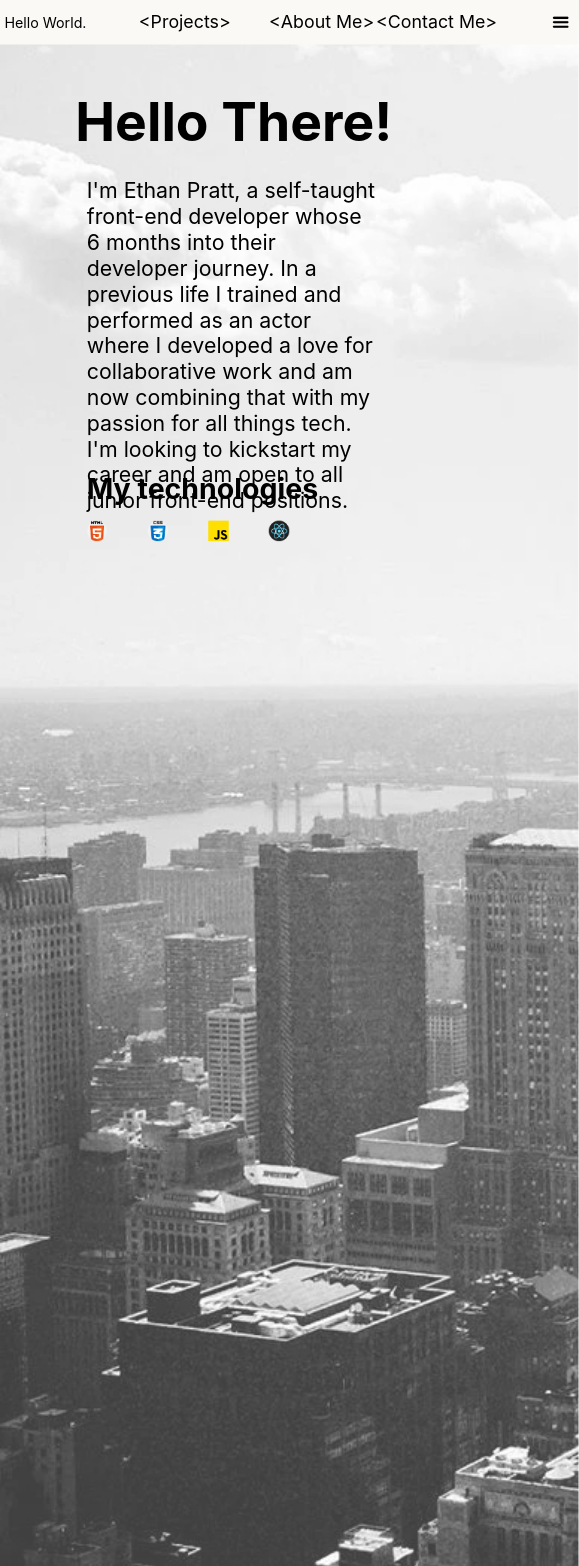
Repository: ghend99/website_ethan_pratt
Page: /about
An editor plug-in stored every save of this project. The page is shown before and after the next save, followed by the edit.
The browser window is 375 px wide. The page is 650 px wide, so the pictures cover 650 px, including what lies to the right of the window. The pictures show the whole page, at 89% of full size.
The project was rebuilt for these pictures with package versions that can differ from the ones it lists, and the page was loaded fresh each time. Also part of the build but not shown: src/pages/home.js, src/pages/project.js, src/css/contact.css, src/pages/contact.js.

Above is the page before, as saved 2023-04-02 14:50:41.

After the next save:
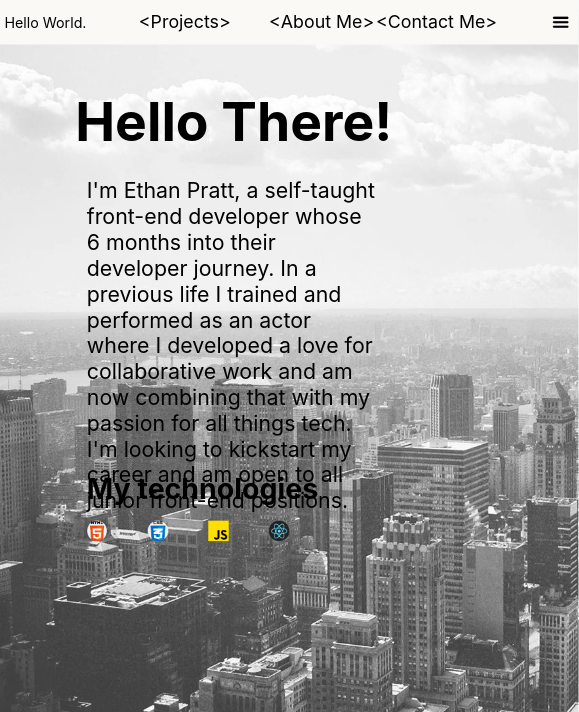
Saved 10 s later.
--- a/src/css/header.css
+++ b/src/css/header.css
@@ -167,6 +167,6 @@
 
 @media screen and (min-width: 0) and (max-width: 554px) {
   .bg {
-    height: 100vh;
+    min-height: 100vh;
   }
 }

After the save that followed:
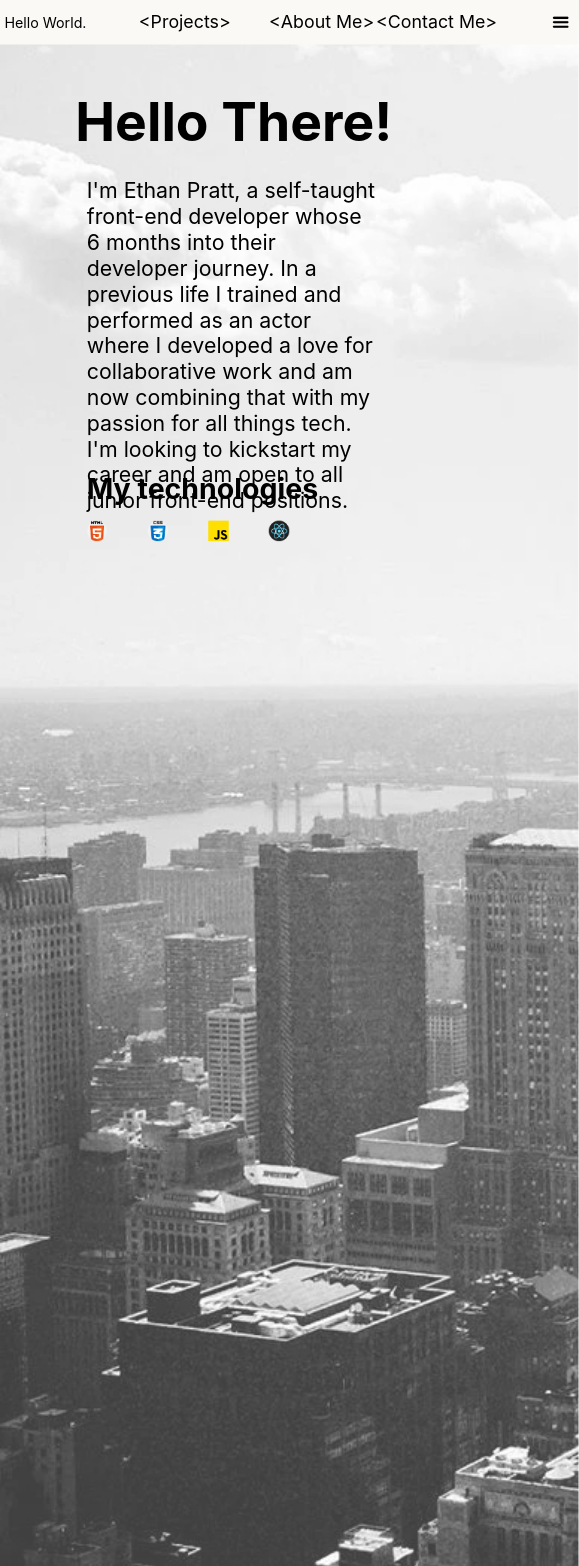
Saved 6 s later.
--- a/src/css/header.css
+++ b/src/css/header.css
@@ -167,6 +167,6 @@
 
 @media screen and (min-width: 0) and (max-width: 554px) {
   .bg {
-    min-height: 100vh;
+    min-height: ;
   }
 }
